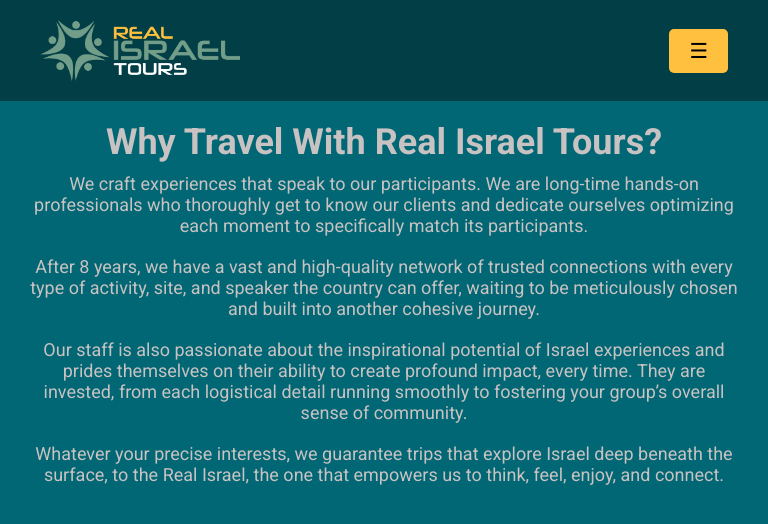
Repository: Pafestivo/realIsraelTours
Page: / (app in frontend/)
These files come from the project's save history. The page is drawn as it stood at one moment and after the next save; the edit follows.
The browser window is 768 px wide. The pictures show the whole page.
The project was rebuilt for these pictures with package versions that can differ from the ones it lists, and the page was loaded fresh each time. The framework's server and built-in components were replaced by stand-ins that run in the browser. Also part of the build but not shown: frontend/next.config.js.

Above is the page before, as saved 2023-09-19 20:03:29.

After the next save:
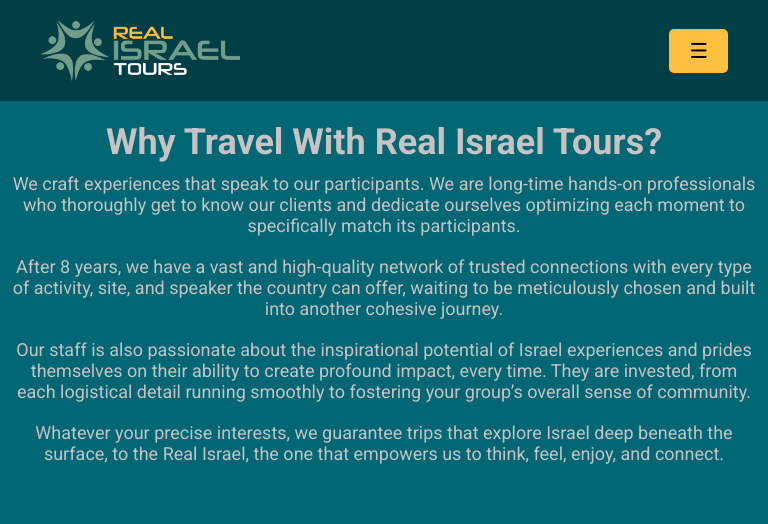
Saved 18 s later.
--- a/frontend/src/styles/homePage.css
+++ b/frontend/src/styles/homePage.css
@@ -13,8 +13,8 @@
   margin: 10px 0;
 }
 
-@media screen and (max-width: 830px) {
+@media screen and (max-width: 768px) {
   .pageContainer {
-    padding: 20px 30px;
+    padding: 20px 10px;
   }
 }
